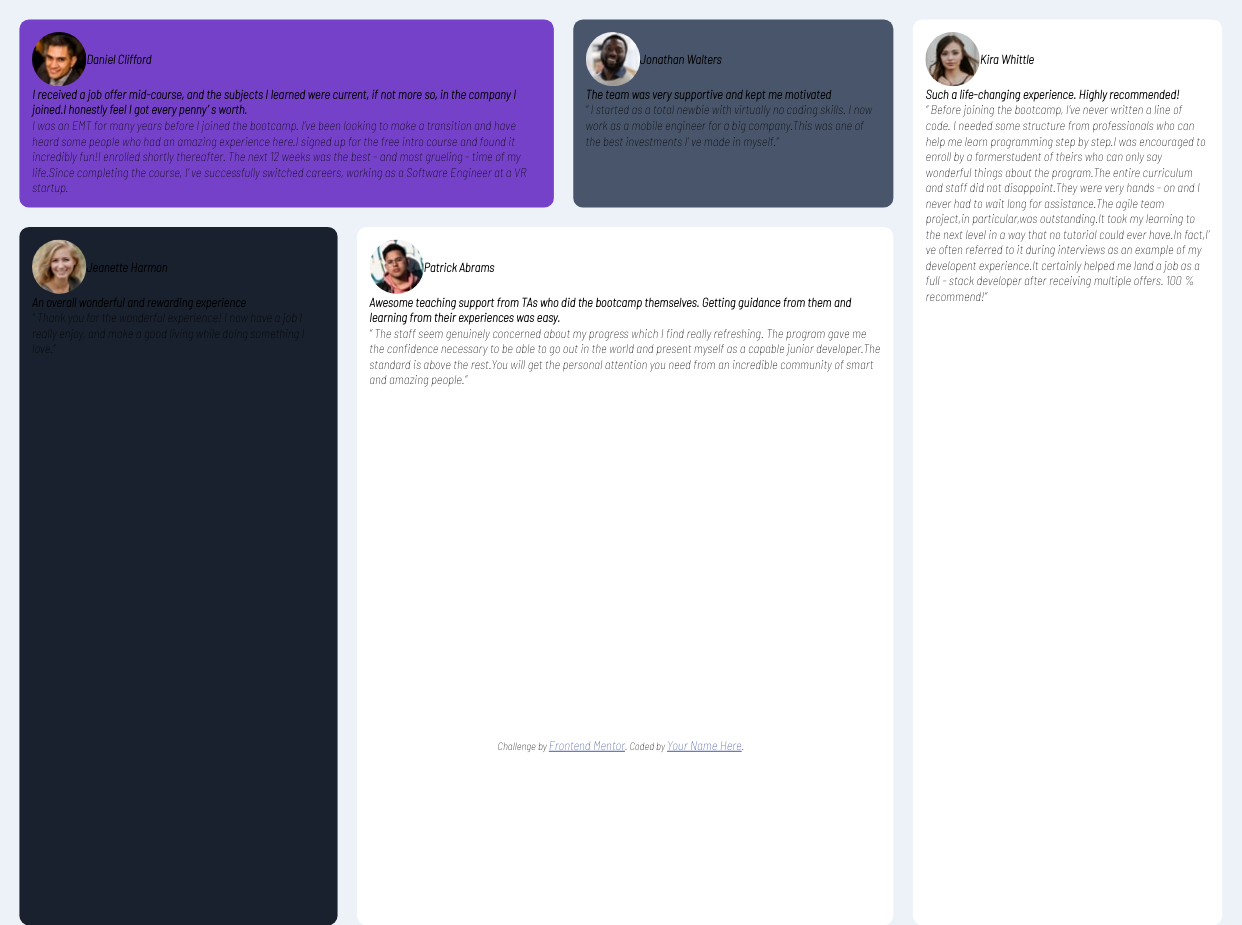
Repository: ibtihelbs/testimonials-grid-section-main
Page: index.html
These files come from the project's save history. The page is drawn as it stood at one moment and after a run of saves; the edit follows.
The browser window is 1280 px wide. The pictures show the whole page, at 97% of full size.

Above is the page before, as saved 2022-04-13 16:48:15.

After the next 2 saves:
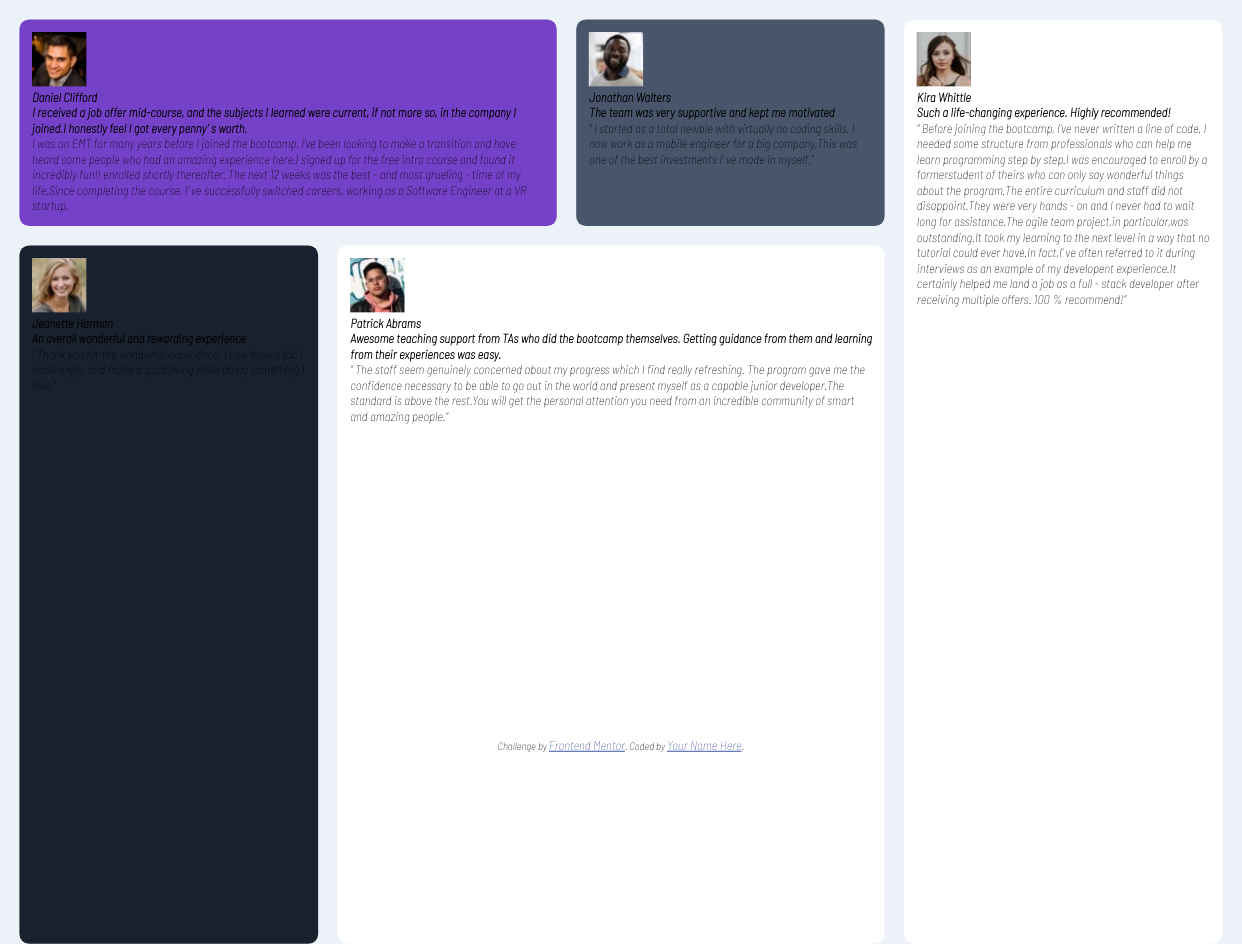
The 2 saves are shown as one change because they came seconds apart.
The last was saved 17 s later.
--- a/style.css
+++ b/style.css
@@ -74,10 +74,3 @@
     'first first second third'
     'four fifth fifth third';
 }
-img{
-  border-radius: 50%;
-}
-.figure{
-  display:flex;
-  align-items: center;
-}

After the 2 saves that followed:
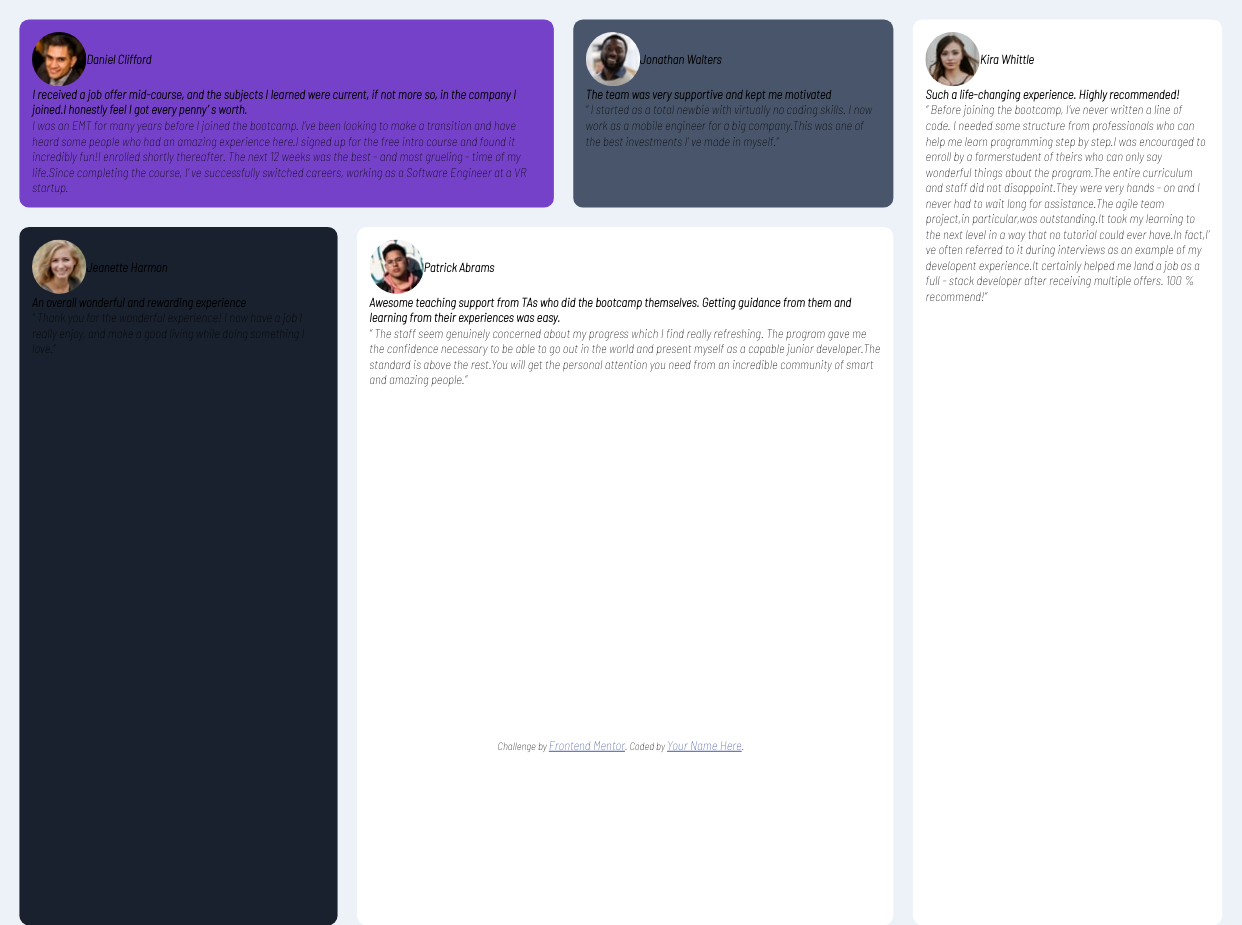
The 2 saves are shown as one change because they came seconds apart.
The last was saved 11 s later.
--- a/style.css
+++ b/style.css
@@ -74,3 +74,10 @@
     'first first second third'
     'four fifth fifth third';
 }
+img{
+  border-radius: 50%;
+}
+.figure{
+  display:flex;
+  align-items: center;
+}
